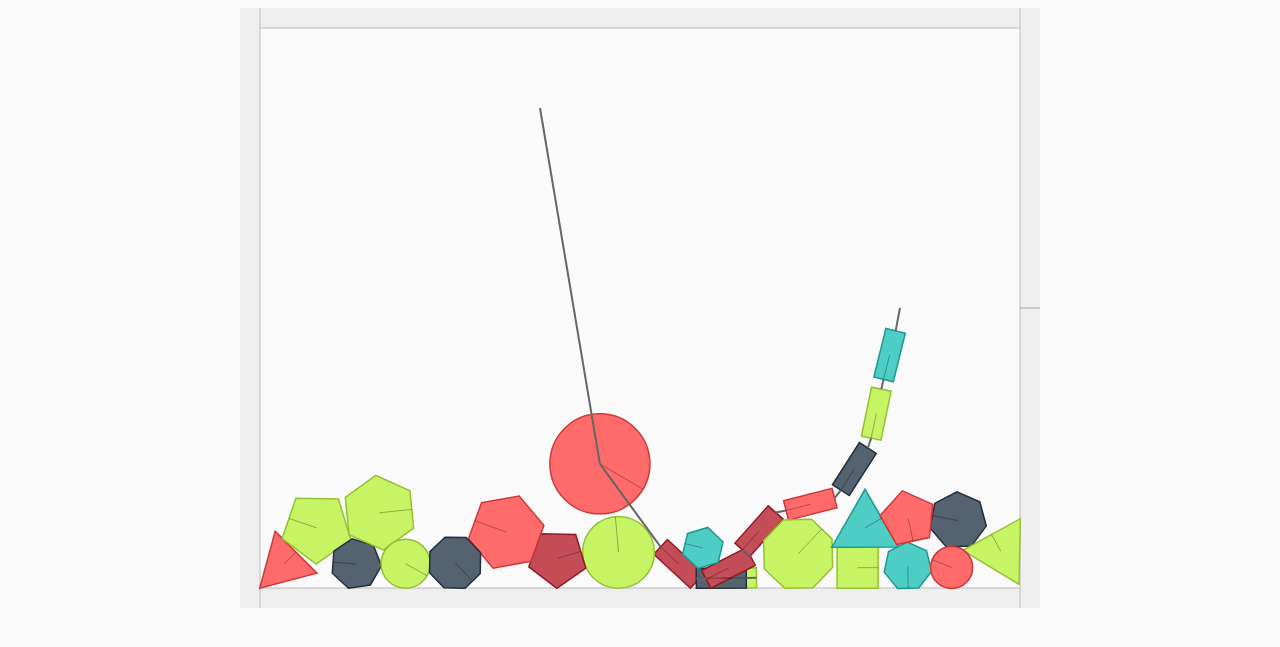
Repository: WebRTCGame/Kinematics-Character
Page: bf.html
The author's editor kept a record of every edit. The page is drawn from the files as they stood at one moment, then again after the next edit.
The browser window is 1280 px wide. The pictures show the whole page.

Above is the page before.

After the next edit:
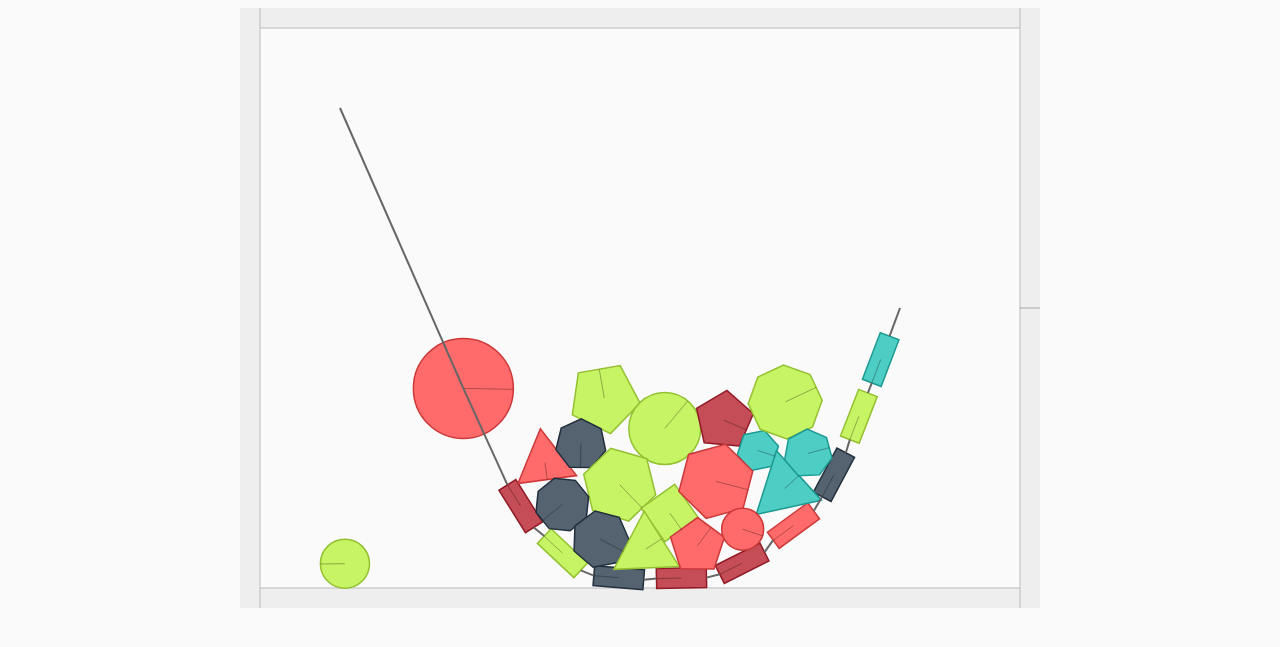
The edit:
--- a/bf.html
+++ b/bf.html
@@ -76,7 +76,7 @@
 
         World.add(_world, ball);
         World.add(_world, Constraint.create({
-            pointA: { x: 300, y: 100 },
+            pointA: { x: 100, y: 100 },
             bodyB: ball
         }));
 
